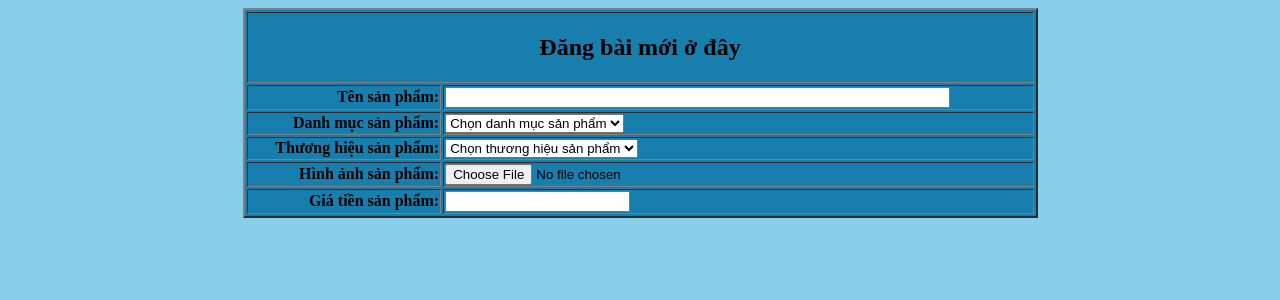
Repository: minhkhuyen1711/hpt
Page: http://localhost/website-ecommerce-php-master/admin_area/insert_product.php
These files come from the project's save history. The page is drawn as it stood at one moment and after the next save; the edit follows.
The browser window is 1280 px wide. The pictures show the whole page.
The page is run by PHP 8.4 with error messages shown; the project is at /var/www/html/. The database holds what the project's SQL file puts in it.

Above is the page before, as saved 2021-06-13 00:04:55.

### admin_area/insert_product.php

<?php
include('includes/db.php');
?>

<!DOCTYPE html>
<html lang="en">
<head>
    <meta charset="UTF-8">
    <meta http-equiv="X-UA-Compatible" content="IE=edge">
    <meta name="viewport" content="width=device-width, initial-scale=1.0">
    <title>Inserting Product</title>
</head>
<body bgcolor="skyblue">
    <form action="insert_product.php" method="post" enctype="mutipart/form-data">
        <table align="center" width="795" border="2" bgcolor="#187eae">
            <tr align="center">
                <td colspan="7"><h2>Đăng bài mới ở đây</h2></td>
            </tr>
            <tr>
                <td align="right"><b>Tên sản phẩm:</b></td>
                <td><input type="text" name="product_title" size ="60" required></td>
            </tr>
            <tr>
                <td align="right"><b>Danh mục sản phẩm:</b></td>
                <td>
                    <select name="product_cat">
                        <option>Chọn danh mục sản phẩm</option>

                        <?php
                        $get_cats = "select * from categories";

                        $run_cats = mysqli_query($con, $get_cats);

                        while($row_cats=mysqli_fetch_array($run_cats)){
                          $cat_id = $row_cats['cat_id'];

                          $cat_title = $row_cats['cat_title'];

                          echo "<option value='$cat_id'>$cat_title</option>";
                        }
                        ?>
                    </select>
                </td>
            </tr>

            <tr>
                <td align="right"><b>Thương hiệu sản phẩm:</b></td>
                <td>
                    <select name="product_cat">
                        <option>Chọn thương hiệu sản phẩm</option>

                        <?php
                        $get_brands = "select * from brands";

                        $run_brands = mysqli_query($con, $get_brands);

                        while($row_brands = mysqli_fetch_array($run_brands)){
                          $brand_id = $row_brands['brand_id'];

                          $brand_title = $row_brands['brand_title'];

                          echo "<option value='$brand_id'>$brand_title</option>";
                        }
                        ?>
                    </select>
                </td>
            </tr>

            <tr>
                <td align="right"><b>Hình ảnh sản phẩm:</b></td>
                <td><input type="file" name="product_image"></td>
            </tr>

            <tr>
                <td align="right"><b>Giá tiền sản phẩm:</b></td>
                <td><input type="text" name="product_price" required></td>
            </tr>
        </table>
    </form>
</body>
</html>

### admin_area/includes/db.php
 <!-- kết nối với mysql -->
<?php
    $con = mysqli_connect("localhost","root","","thuongmaidientu");

    if(mysqli_connect_error()){
        echo("failed to connect to mysql." . mysqli_connect_error());
    }else{

    }

?>

### sql/thuongmaidientu.sql (the tables this page reads)
CREATE TABLE `brands` (
  `brand_id` int(100) NOT NULL,
  `brand_title` varchar(250) COLLATE utf8mb4_unicode_ci NOT NULL
) ENGINE=InnoDB DEFAULT CHARSET=utf8mb4 COLLATE=utf8mb4_unicode_ci;

INSERT INTO `brands` (`brand_id`, `brand_title`) VALUES
(1, 'HP'),
(2, 'DELL'),
(3, 'LG'),
(5, 'Sony'),
(7, 'Lenovo'),
(8, 'Apple'),
(13, 'Asus'),
(14, 'Acer'),
(15, 'Sam Sung');

ALTER TABLE `brands`
  ADD PRIMARY KEY (`brand_id`);

ALTER TABLE `brands`
  MODIFY `brand_id` int(100) NOT NULL AUTO_INCREMENT, AUTO_INCREMENT=16;

CREATE TABLE `categories` (
  `cat_id` int(100) NOT NULL,
  `cat_title` varchar(100) COLLATE utf8mb4_unicode_ci NOT NULL
) ENGINE=InnoDB DEFAULT CHARSET=utf8mb4 COLLATE=utf8mb4_unicode_ci;

INSERT INTO `categories` (`cat_id`, `cat_title`) VALUES
(1, 'PC'),
(2, 'TV'),
(3, 'Laptop'),
(4, 'Phụ kiện'),
(5, 'Máy ảnh'),
(6, 'Điện thoại');

ALTER TABLE `categories`
  ADD PRIMARY KEY (`cat_id`);

ALTER TABLE `categories`
  MODIFY `cat_id` int(100) NOT NULL AUTO_INCREMENT, AUTO_INCREMENT=13;

After the next save:
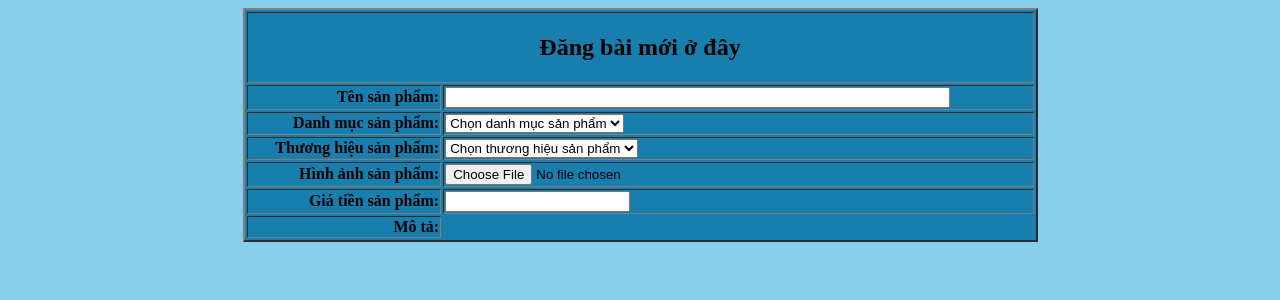
Saved 92 s later.
--- a/admin_area/insert_product.php
+++ b/admin_area/insert_product.php
@@ -76,6 +76,9 @@ include('includes/db.php');
                 <td align="right"><b>Giá tiền sản phẩm:</b></td>
                 <td><input type="text" name="product_price" required></td>
             </tr>
+            <tr>
+                <td align="right"><b>Mô tả:</b></td>
+            </tr>
         </table>
     </form>
 </body>
